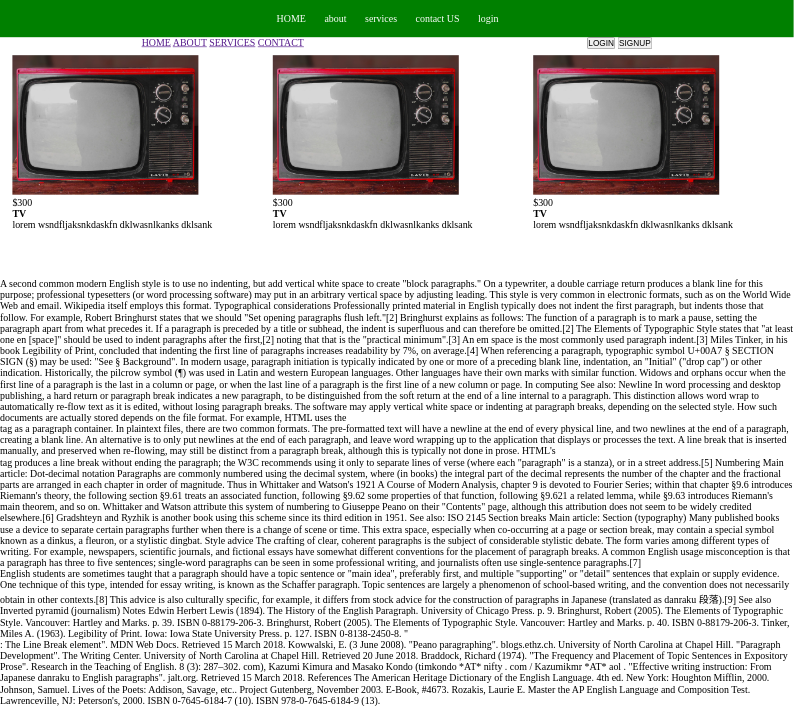
Repository: viveknaidu007/repo-166-Full-Stack-Development-Learning-Notes-Innomatics-2024
Page: module_1-html,css,bootstrap/sept_25_2024/index.html
These files come from the project's save history. The page is drawn as it stood at one moment and after the next save; the edit follows.
The browser window is 1280 px wide. The pictures show the whole page, at 62% of full size.

Above is the page before, as saved 2024-09-28 01:02:37.

### module_1-html,css,bootstrap/sept_25_2024/index.html
<!DOCTYPE html>
<html lang="en">
<head>
    <meta charset="UTF-8">
    <meta name="viewport" content="width=device-width, initial-scale=1.0">
    <title>flex_box</title>

    <style>
        ul{
            display: flex;
            list-style-type: none;
            background-color: green;
            color: white;
            height:60px;
            justify-content: center;
            align-items: center;
        }

        ul li{
            margin-right: 30px;
        }

        *{
            margin:0px;
            padding:0px;
            justify-content: center;
        }

        .product{
            width: 400px;
            height : 350px;
            border: 2px solid blaxk;
            border-radius: 10px;
            margin: auto;
        }

        img{
            width: 300px;
        }

        .container{
            display: flex;
            margin : 10px;
        }

        .sub-nav{
            display: flex;
            justify-content: space-around;

        }

        header{
            position:static;
            top: 10px;
        }

    </style>
</head>
<body>
    <header>
        <nav>
            <ul>
                <li> HOME </li>
                <li> about </li>
                <li> services </li>
                <li> contact US </li>
                <li> login </li>
            </ul>
        </nav>
    </header>


    <div class="sub-nav">

        <div>
            <a href="">HOME</a>
            <a href="">ABOUT</a>
            <a href="">SERVICES</a>
            <a href="">CONTACT</a>
        </div>

        <div>
            <button> LOGIN </button>
            <button> SIGNUP </button>
        </div>

    </div>

    <div class="container">

        <div class="product">
            <img src="vintage-tv-1116587_1280.jpg" alt="">
            <p> $300 </p>
            <h4> TV </h4>
            <p> lorem wsndfljaksnkdaskfn dklwasnlkanks dklsank</p>

        </div>

        <div class="product">
            <img src="vintage-tv-1116587_1280.jpg" alt="">
            <p> $300 </p>
            <h4> TV </h4>
            <p> lorem wsndfljaksnkdaskfn dklwasnlkanks dklsank</p>

        </div>

        <div class="product">
            <img src="vintage-tv-1116587_1280.jpg" alt="">
            <p> $300 </p>
            <h4> TV </h4>
            <p> lorem wsndfljaksnkdaskfn dklwasnlkanks dklsank</p>

        </div>

    </div>

    <p>A second common modern English style is to use no indenting, but add vertical white space to create "block paragraphs." On a typewriter, a double carriage return produces a blank line for this purpose; professional typesetters (or word processing software) may put in an arbitrary vertical space by adjusting leading. This style is very common in electronic formats, such as on the World Wide Web and email. Wikipedia itself employs this format.
        Typographical considerations

        Professionally printed material in English typically does not indent the first paragraph, but indents those that follow. For example, Robert Bringhurst states that we should "Set opening paragraphs flush left."[2] Bringhurst explains as follows:

            The function of a paragraph is to mark a pause, setting the paragraph apart from what precedes it. If a paragraph is preceded by a title or subhead, the indent is superfluous and can therefore be omitted.[2]

        The Elements of Typographic Style states that "at least one en [space]" should be used to indent paragraphs after the first,[2] noting that that is the "practical minimum".[3] An em space is the most commonly used paragraph indent.[3] Miles Tinker, in his book Legibility of Print, concluded that indenting the first line of paragraphs increases readability by 7%, on average.[4]

        When referencing a paragraph, typographic symbol U+00A7 § SECTION SIGN (&sect;) may be used: "See § Background".

        In modern usage, paragraph initiation is typically indicated by one or more of a preceding blank line, indentation, an "Initial" ("drop cap") or other indication. Historically, the pilcrow symbol (¶) was used in Latin and western European languages. Other languages have their own marks with similar function.

        Widows and orphans occur when the first line of a paragraph is the last in a column or page, or when the last line of a paragraph is the first line of a new column or page.
        In computing
        See also: Newline

        In word processing and desktop publishing, a hard return or paragraph break indicates a new paragraph, to be distinguished from the soft return at the end of a line internal to a paragraph. This distinction allows word wrap to automatically re-flow text as it is edited, without losing paragraph breaks. The software may apply vertical white space or indenting at paragraph breaks, depending on the selected style.

        How such documents are actually stored depends on the file format. For example, HTML uses the <p> tag as a paragraph container. In plaintext files, there are two common formats. The pre-formatted text will have a newline at the end of every physical line, and two newlines at the end of a paragraph, creating a blank line. An alternative is to only put newlines at the end of each paragraph, and leave word wrapping up to the application that displays or processes the text.

        A line break that is inserted manually, and preserved when re-flowing, may still be distinct from a paragraph break, although this is typically not done in prose. HTML's <br /> tag produces a line break without ending the paragraph; the W3C recommends using it only to separate lines of verse (where each "paragraph" is a stanza), or in a street address.[5]
        Numbering
        Main article: Dot-decimal notation

        Paragraphs are commonly numbered using the decimal system, where (in books) the integral part of the decimal represents the number of the chapter and the fractional parts are arranged in each chapter in order of magnitude. Thus in Whittaker and Watson's 1921 A Course of Modern Analysis, chapter 9 is devoted to Fourier Series; within that chapter §9.6 introduces Riemann's theory, the following section §9.61 treats an associated function, following §9.62 some properties of that function, following §9.621 a related lemma, while §9.63 introduces Riemann's main theorem, and so on. Whittaker and Watson attribute this system of numbering to Giuseppe Peano on their "Contents" page, although this attribution does not seem to be widely credited elsewhere.[6] Gradshteyn and Ryzhik is another book using this scheme since its third edition in 1951.
        See also: ISO 2145
        Section breaks
        Main article: Section (typography)

        Many published books use a device to separate certain paragraphs further when there is a change of scene or time. This extra space, especially when co-occurring at a page or section break, may contain a special symbol known as a dinkus, a fleuron, or a stylistic dingbat.
        Style advice

        The crafting of clear, coherent paragraphs is the subject of considerable stylistic debate. The form varies among different types of writing. For example, newspapers, scientific journals, and fictional essays have somewhat different conventions for the placement of paragraph breaks.

        A common English usage misconception is that a paragraph has three to five sentences; single-word paragraphs can be seen in some professional writing, and journalists often use single-sentence paragraphs.[7]















            <br>

















        English students are sometimes taught that a paragraph should have a topic sentence or "main idea", preferably first, and multiple "supporting" or "detail" sentences that explain or supply evidence. One technique of this type, intended for essay writing, is known as the Schaffer paragraph. Topic sentences are largely a phenomenon of school-based writing, and the convention does not necessarily obtain in other contexts.[8] This advice is also culturally specific, for example, it differs from stock advice for the construction of paragraphs in Japanese (translated as danraku 段落).[9]
        See also

            Inverted pyramid (journalism)

        Notes

        Edwin Herbert Lewis (1894). The History of the English Paragraph. University of Chicago Press. p. 9.
        Bringhurst, Robert (2005). The Elements of Typographic Style. Vancouver: Hartley and Marks. p. 39. ISBN 0-88179-206-3.
        Bringhurst, Robert (2005). The Elements of Typographic Style. Vancouver: Hartley and Marks. p. 40. ISBN 0-88179-206-3.
        Tinker, Miles A. (1963). Legibility of Print. Iowa: Iowa State University Press. p. 127. ISBN 0-8138-2450-8.
        "<br>: The Line Break element". MDN Web Docs. Retrieved 15 March 2018.
        Kowwalski, E. (3 June 2008). "Peano paragraphing". blogs.ethz.ch.
        University of North Carolina at Chapel Hill. "Paragraph Development". The Writing Center. University of North Carolina at Chapel Hill. Retrieved 20 June 2018.
        Braddock, Richard (1974). "The Frequency and Placement of Topic Sentences in Expository Prose". Research in the Teaching of English. 8 (3): 287–302.

            com), Kazumi Kimura and Masako Kondo (timkondo *AT* nifty . com / Kazumikmr *AT* aol . "Effective writing instruction: From Japanese danraku to English paragraphs". jalt.org. Retrieved 15 March 2018.

        References

            The American Heritage Dictionary of the English Language. 4th ed. New York: Houghton Mifflin, 2000.
            Johnson, Samuel. Lives of the Poets: Addison, Savage, etc.. Project Gutenberg, November 2003. E-Book, #4673.
            Rozakis, Laurie E. Master the AP English Language and Composition Test. Lawrenceville, NJ: Peterson's, 2000. ISBN 0-7645-6184-7 (10). ISBN 978-0-7645-6184-9 (13).</p>
</body>
</html>

After the next save:
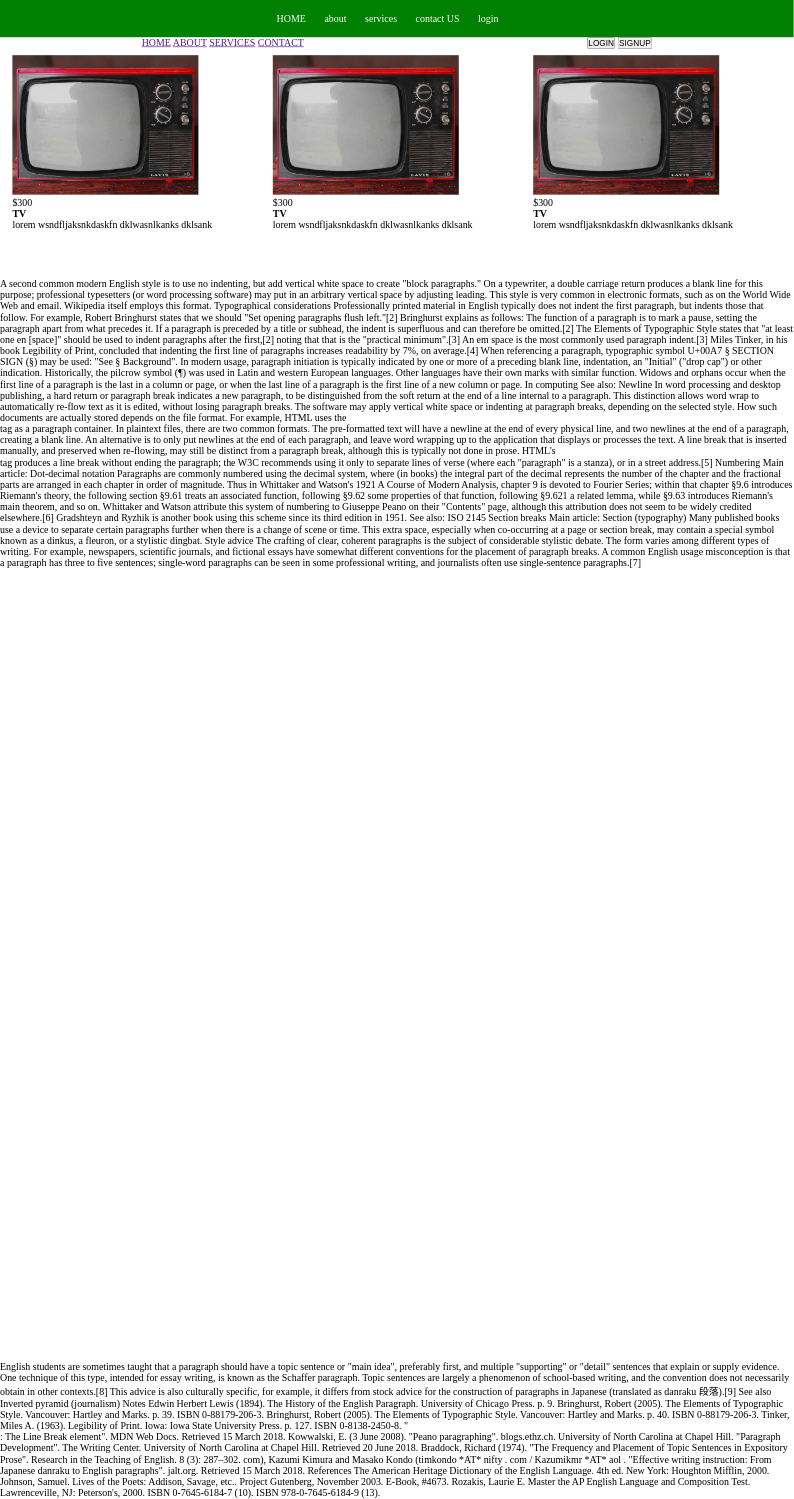
Saved 6 s later.
--- a/module_1-html,css,bootstrap/sept_25_2024/index.html
+++ b/module_1-html,css,bootstrap/sept_25_2024/index.html
@@ -166,6 +166,77 @@
 
 
             <br>
+            <br>
+            <br>
+            <br>
+            <br>
+            <br>
+            <br>
+            <br>
+            <br>
+            <br>
+            <br>
+            <br>
+            <br>
+            <br>
+            <br>
+            <br>
+            <br>
+            <br>
+            <br>
+            <br>
+            <br>
+            <br>
+            <br>
+            <br>
+            <br>
+            <br>
+            <br>
+            <br>
+            <br>
+            <br>
+            <br>
+            <br>
+            <br>
+            <br>
+            <br>
+            <br>
+            <br>
+            <br>
+            <br>
+            <br>
+            <br>
+            <br>
+            <br>
+            <br>
+            <br>
+            <br>
+            <br>
+            <br>
+            <br>
+            <br>
+            <br>
+            <br>
+            <br>
+            <br>
+            <br>
+            <br>
+            <br>
+            <br>
+            <br>
+            <br>
+            <br>
+            <br>
+            <br>
+            <br>
+            <br>
+            <br>
+            <br>
+            <br>
+            <br>
+            <br>
+            <br>
+            <br>
 
 
 
